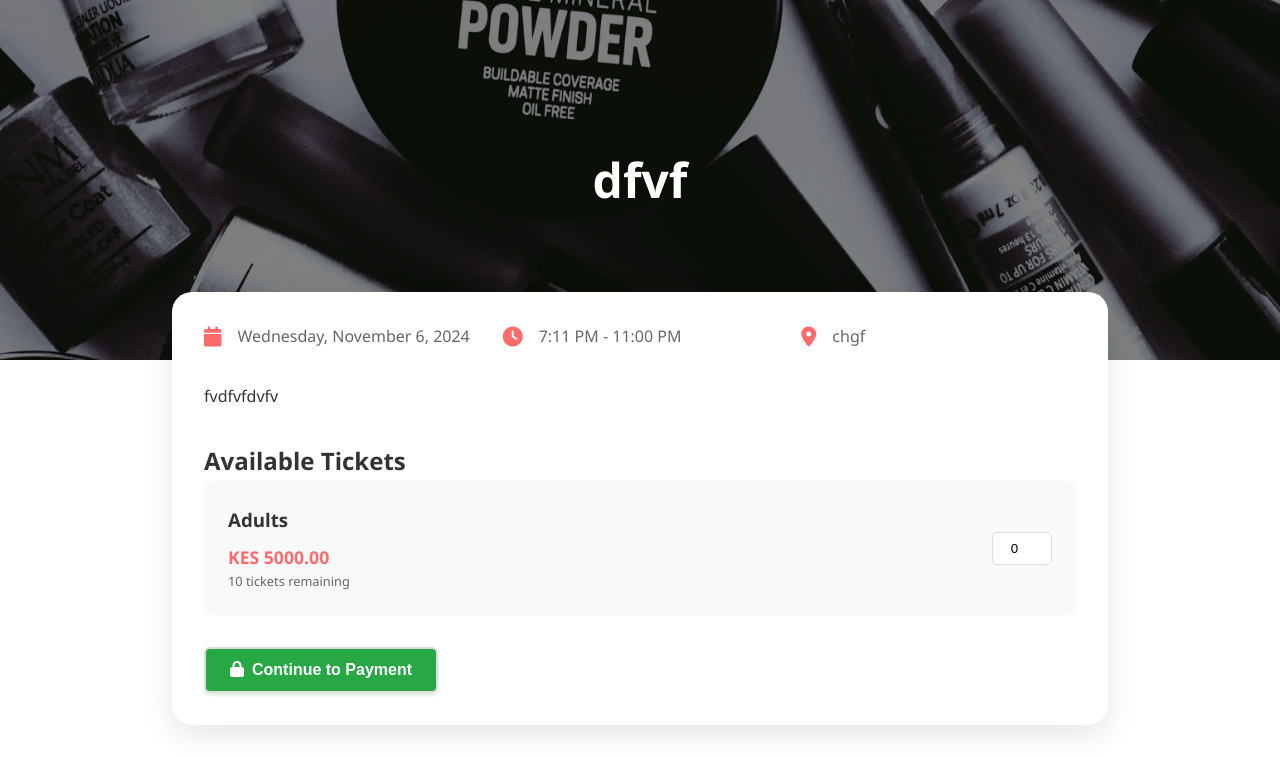
Repository: mrPractise/Susan-Portfolio
Page: http://localhost/events/dfvf/
The author's editor kept a copy of each file at every save. The page is drawn from the files as they stood at one save, then again after the next save.
The browser window is 1280 px wide. The pictures show the whole page.
The page is served by the project's application, run on Django 5.2 (manage.py). Other server files are loaded and not shown. The page reads the database file committed with the project.

Above is the page before, as saved 2024-10-31 15:41:53.

### Portfolio/templatetags/project_tags.py
from django import template
from django.utils.safestring import mark_safe

register = template.Library()  # This line is crucial

@register.simple_tag
def video_player(project, autoplay=False):
    """Render video player with proper attributes"""
    if not project.video:
        return ''

    video_attrs = {
        'preload': 'metadata',
        'playsinline': '',
        'id': f'video-{project.id}',
        'data-video-id': project.id,
    }

    if project.video_thumbnail:
        video_attrs['poster'] = project.video_thumbnail.url

    if autoplay:
        video_attrs['autoplay'] = ''
        video_attrs['muted'] = ''

    attrs_str = ' '.join([f'{k}="{v}"' for k, v in video_attrs.items() if v])

    html = f'''
    <div class="custom-video-player" data-video-id="{project.id}">
        <div class="video-container">
            <video {attrs_str}>
                <source src="{project.video.url}" type="video/mp4">
                <source src="{project.video.url[:-4]}.webm" type="video/webm">
                Your browser doesn't support video playback.
            </video>
            <div class="video-controls">
                <button class="play-pause" aria-label="Play/Pause">
                    <i class="fas fa-play"></i>
                </button>
                <div class="progress-bar">
                    <div class="progress-bar-filled"></div>
                </div>
                <div class="time">
                    <span class="current-time">0:00</span>
                    <span>/</span>
                    <span class="duration">0:00</span>
                </div>
                <div class="volume-control">
                    <button class="mute-unmute" aria-label="Mute/Unmute">
                        <i class="fas fa-volume-up"></i>
                    </button>
                    <input type="range" class="volume-slider" min="0" max="1" step="0.1" value="1">
                </div>
                <button class="fullscreen" aria-label="Fullscreen">
                    <i class="fas fa-expand"></i>
                </button>
            </div>
        </div>
    </div>
    '''
    return mark_safe(html)

### templates/event-detail.html
{% load static %}

<!DOCTYPE html>
<html lang="en">
<head>
    <meta charset="UTF-8">
    <meta name="viewport" content="width=device-width, initial-scale=1.0">
    <title>{{ event.title }} - Susan Abong'o</title>
    <link href="https://cdnjs.cloudflare.com/ajax/libs/font-awesome/6.0.0/css/all.min.css" rel="stylesheet">
    <link rel="stylesheet" href="{% static 'css/global.css' %}">
    <link rel="stylesheet" href="{% static 'css/event-detail.css' %}">
</head>

<body>
<div class="event-detail-page">
    <div class="event-hero" style="background-image: url('{{ event.image.url }}')">
        <div class="overlay"></div>
        <div class="container">
            <h1>{{ event.title }}</h1>
        </div>
    </div>

    <div class="event-content">
        <div class="event-info">
            <div class="event-meta">
                <div class="meta-item">
                    <i class="fas fa-calendar"></i>
                    <span>{{ event.date|date:"l, F j, Y" }}</span>
                </div>
                <div class="meta-item">
                    <i class="fas fa-clock"></i>
                    <span>{{ event.start_time|time:"g:i A" }} - {{ event.end_time|time:"g:i A" }}</span>
                </div>
                <div class="meta-item">
                    <i class="fas fa-map-marker-alt"></i>
                    <span>{{ event.venue }}</span>
                </div>
            </div>

            <div class="event-description">
                {{ event.description|linebreaks }}
            </div>

            {% if not event.is_sold_out and not is_past %}
            <div class="ticket-section">
                <h2>Available Tickets</h2>

                <form method="post" action="{% url 'process_booking' event.slug %}">
                    {% csrf_token %}

                    {% if messages %}
                    <div class="messages">
                        {% for message in messages %}
                        <div class="alert {% if message.tags %}alert-{{ message.tags }}{% endif %}">
                            {{ message }}
                        </div>
                        {% endfor %}
                    </div>
                    {% endif %}

                    <div class="ticket-types">
                        {% for ticket_type in ticket_types %}
                        <div class="ticket-type-card {% if ticket_type.is_sold_out %}sold-out{% endif %}">
                            <div class="ticket-info">
                                <h3>{{ ticket_type.name }}</h3>
                                <p class="ticket-description">{{ ticket_type.description }}</p>
                                <p class="ticket-price">KES {{ ticket_type.price|floatformat:2 }}</p>
                                <p class="tickets-left">{{ ticket_type.available_tickets }} tickets remaining</p>
                            </div>
                            {% if not ticket_type.is_sold_out %}
                            <div class="ticket-counter">
                                <input type="number"
                                       name="ticket_{{ ticket_type.id }}"
                                       value="0"
                                       min="0"
                                       max="{{ ticket_type.available_tickets }}"
                                       class="ticket-quantity">
                            </div>
                            {% endif %}
                        </div>
                        {% endfor %}
                    </div>

                    <button type="submit" class="btn btn-primary">
    <i class="fas fa-lock"></i>Continue to Payment
</button>

                </form>
            </div>
            {% elif is_past %}
            <div class="event-message">
                <i class="fas fa-calendar-times"></i>
                <h2>Event Has Passed</h2>
                <p>This event has already taken place.</p>
            </div>
            {% else %}
            <div class="event-message">
                <i class="fas fa-exclamation-circle"></i>
                <h2>Sold Out</h2>
                <p>Sorry, this event is sold out.</p>
            </div>
            {% endif %}
        </div>
    </div>
</div>
</body>
</html>

### Abongo/urls.py
"""
URL configuration for Abongo project.

The `urlpatterns` list routes URLs to views. For more information please see:
    https://docs.djangoproject.com/en/5.1/topics/http/urls/
Examples:
Function views
    1. Add an import:  from my_app import views
    2. Add a URL to urlpatterns:  path('', views.home, name='home')
Class-based views
    1. Add an import:  from other_app.views import Home
    2. Add a URL to urlpatterns:  path('', Home.as_view(), name='home')
Including another URLconf
    1. Import the include() function: from django.urls import include, path
    2. Add a URL to urlpatterns:  path('blog/', include('blog.urls'))
"""
from django.contrib import admin
from django.urls import path, include
from django.conf.urls.static import static
from django.conf import settings

urlpatterns = [
    path('admin/', admin.site.urls),
    path('', include('Portfolio.urls')),
]
urlpatterns += static(settings.MEDIA_URL, document_root=settings.MEDIA_ROOT)

### Portfolio/urls.py

from django.urls import path
from . import views

urlpatterns = [
    path('', views.home, name='home'),
    path('events', views.events, name='events'),
    path('portfolio', views.portfolio, name='portfolio'),
    path('projects/', views.project_list, name='projects'),
    path('projects/<slug:slug>/', views.project_detail, name='project_detail'),
    path('events/<slug:slug>/', views.event_detail, name='event-detail'),
    path('events/<slug:slug>/book/', views.process_booking, name='process_booking'),
    path('events/<slug:slug>/payment/', views.payment_page, name='payment'),
    path('events/<slug:slug>/process-payment/', views.process_payment, name='process_payment'),
    path('send-contact-email/', views.send_contact_email, name='send_contact_email'),
]

### static/css/global.css

:root {
    --primary: #2a2a2a;
    --accent: #ff6b6b;
    --secondary: #4f46e5;
    --text: #333;
    --light: #f5f5f5;
    --gradient: linear-gradient(135deg, #B48EAD, #483D8B);
}

* {
    margin: 0;
    padding: 0;
    box-sizing: border-box;
}

body {
    font-family: 'Segoe UI', Tahoma, Geneva, Verdana, sans-serif;
    line-height: 1.6;
    color: var(--text);
    overflow-x: hidden;
    width: 100%;
}

### static/css/event-detail.css
.event-detail-page {
    min-height: 100vh;
}

.event-hero {
    height: 50vh;
    position: relative;
    background-size: cover;
    background-position: center;
    color: white;
    display: flex;
    align-items: center;
}

.event-hero .overlay {
    position: absolute;
    inset: 0;
    background: rgba(0,0,0,0.5);
}

.event-hero .container {
    position: relative;
    z-index: 1;
    max-width: 1200px;
    margin: 0 auto;
    padding: 2rem;
}

.event-hero h1 {
    font-size: 3rem;
    margin: 0;
}

.event-content {
    max-width: 1000px;
    margin: -100px auto 0;
    padding: 2rem;
    position: relative;
}

.event-info {
    background: white;
    border-radius: 20px;
    padding: 2rem;
    box-shadow: 0 10px 30px rgba(0,0,0,0.1);
}

.event-meta {
    display: grid;
    grid-template-columns: repeat(auto-fit, minmax(200px, 1fr));
    gap: 1.5rem;
    margin-bottom: 2rem;
}

.meta-item {
    display: flex;
    align-items: center;
    gap: 1rem;
    color: #666;
}

.meta-item i {
    color: var(--accent);
    font-size: 1.25rem;
}

.event-description {
    margin: 2rem 0;
    line-height: 1.8;
}



/* New Ticket Type Styles */
.ticket-types {
    margin-bottom: 2rem;
}

.ticket-type-card {
    background: #f8f9fa;
    border-radius: 10px;
    padding: 1.5rem;
    margin-bottom: 1rem;
    display: flex;
    justify-content: space-between;
    align-items: center;
}

.ticket-info {
    flex: 1;
}

.ticket-info h3 {
    margin: 0 0 0.5rem 0;
    color: var(--text);
}

.ticket-description {
    color: #666;
    font-size: 0.9rem;
    margin-bottom: 0.5rem;
}

.ticket-price {
    color: var(--accent);
    font-weight: bold;
    font-size: 1.1rem;
}

.tickets-left {
    font-size: 0.8rem;
    color: #666;
}

.ticket-counter {
    display: flex;
    align-items: center;
    gap: 1rem;
    max-width: 200px;
}

.ticket-counter button {
    width: 40px;
    height: 40px;
    border: none;
    background: var(--accent);
    color: white;
    border-radius: 50%;
    cursor: pointer;
    font-size: 1.2rem;
    display: flex;
    align-items: center;
    justify-content: center;
}

.ticket-counter input {
    width: 60px;
    text-align: center;
    border: 1px solid #ddd;
    padding: 0.5rem;
    border-radius: 5px;
}









/* Button Base Styles */
.btn {
    display: inline-block;
    padding: 12px 24px;
    border: none;
    border-radius: 6px;
    font-size: 1rem;
    font-weight: 600;
    text-align: center;
    text-decoration: none;
    cursor: pointer;
    transition: all 0.3s ease;
    border: 2px solid #ddd;
}

/* Primary Button */
.btn-primary {
    background-color: #28a745;
    color: white;
    box-shadow: 0 2px 4px rgba(40, 167, 69, 0.2);
}

.btn-primary:hover {
    background-color: #218838;
    transform: translateY(-1px);
    box-shadow: 0 4px 6px rgba(40, 167, 69, 0.3);
}

.btn-primary:active {
    transform: translateY(1px);
    box-shadow: 0 1px 2px rgba(40, 167, 69, 0.2);
}

/* Disabled State */
.btn:disabled,
.btn.disabled {
    background-color: #6c757d;
    cursor: not-allowed;
    opacity: 0.65;
    transform: none;
    box-shadow: none;
}

/* Button Sizes */
.btn-large {
    padding: 14px 28px;
    font-size: 1.1rem;
}

.btn-small {
    padding: 8px 16px;
    font-size: 0.9rem;
}

/* Full Width Button */
.btn-block {
    display: block;
    width: 100%;
}

/* Responsive Adjustments */
@media (max-width: 768px) {
    .btn {
        padding: 10px 20px;
    }

    .btn-large {
        padding: 12px 24px;
    }

    .btn-small {
        padding: 6px 12px;
    }
}

/* Optional: Button with Icon */
.btn i {
    margin-right: 8px;
}

/* Optional: Loading State */
.btn.loading {
    position: relative;
    color: transparent !important;
    pointer-events: none;
}

.btn.loading::after {
    content: '';
    position: absolute;
    width: 16px;
    height: 16px;
    top: 50%;
    left: 50%;
    margin: -8px 0 0 -8px;
    border: 2px solid rgba(255,255,255,0.3);
    border-radius: 50%;
    border-top-color: white;
    animation: spin 0.8s linear infinite;
}

@keyframes spin {
    to { transform: rotate(360deg); }
}

@media (max-width: 768px) {
    .event-hero h1 {
        font-size: 2rem;
    }

    .event-content {
        margin-top: -50px;
        padding: 1rem;
    }

    .event-info {
        padding: 1.5rem;
    }

    .event-meta {
        grid-template-columns: 1fr;
        gap: 1rem;
    }

    .ticket-type-card {
        flex-direction: column;
        text-align: center;
    }

    .ticket-counter {
        margin: 1rem auto 0;
    }
}

### db.sqlite3 (the tables this page reads, as SQL)
CREATE TABLE "Portfolio_event" ("id" integer NOT NULL PRIMARY KEY AUTOINCREMENT, "title" varchar(200) NOT NULL, "slug" varchar(50) NOT NULL UNIQUE, "description" text NOT NULL, "date" date NOT NULL, "start_time" time NOT NULL, "end_time" time NOT NULL, "venue" varchar(200) NOT NULL, "venue_address" text NOT NULL, "image" varchar(100) NOT NULL, "created_at" datetime NOT NULL, "updated_at" datetime NOT NULL, "is_active" bool NOT NULL, "max_capacity" integer unsigned NOT NULL CHECK ("max_capacity" >= 0));
INSERT INTO "Portfolio_event" VALUES
(1, 'Modelling', 'modelling', 'Upcoming modeling events promise to showcase incredible talent and innovation in the fashion industry. From high-profile runway shows featuring emerging designers to exclusive casting calls and fashion weeks in iconic cities like New York, Paris, and Milan, these events offer models a platform to shine. Attendees can expect to see diverse collections that reflect current trends, as well as opportunities for networking with industry professionals. Additionally, workshops and panels led by top models and designers will provide invaluable insights into the evolving landscape of modeling and fashion, making these events must-attend occasions for aspiring and established models alike.

Upcoming modeling events promise to showcase incredible talent and innovation in the fashion industry. From high-profile runway shows featuring emerging designers to exclusive casting calls and fashion weeks in iconic cities like New York, Paris, and Milan, these events offer models a platform to shine. Attendees can expect to see diverse collections that reflect current trends, as well as opportunities for networking with industry professionals. Additionally, workshops and panels led by top models and designers will provide invaluable insights into the evolving landscape of modeling and fashion, making these events must-attend occasions for aspiring and established models alike.', '2024-11-04', '11:37:59', '18:00:00', 'Syokimau', 'Next to syokimau road', 'events/dress_3.webp', '2024-10-31 11:40:46.633162', '2024-11-04 15:33:02.673277', 1, 200),
(3, 'dfvf', 'dfvf', 'fvdfvfdvfv', '2024-11-06', '19:11:06', '23:00:00', 'chgf', 'fgbbfbfdf', 'events/b-product_7.webp', '2024-11-04 16:11:43.843052', '2024-11-04 16:11:43.843052', 1, 10);

CREATE TABLE "Portfolio_tickettype" ("id" integer NOT NULL PRIMARY KEY AUTOINCREMENT, "name" varchar(100) NOT NULL, "description" text NOT NULL, "price" decimal NOT NULL, "capacity" integer unsigned NOT NULL CHECK ("capacity" >= 0), "available_tickets" integer unsigned NOT NULL CHECK ("available_tickets" >= 0), "minimum_purchase" integer unsigned NOT NULL CHECK ("minimum_purchase" >= 0), "maximum_purchase" integer unsigned NOT NULL CHECK ("maximum_purchase" >= 0), "display_order" integer NOT NULL, "event_id" bigint NOT NULL REFERENCES "Portfolio_event" ("id") DEFERRABLE INITIALLY DEFERRED);
INSERT INTO "Portfolio_tickettype" VALUES
(3, 'Adults', '', 700, 50, 50, 1, 10, 1, 1),
(4, 'Children', '', 400, 100, 100, 1, 10, 2, 1),
(5, 'Teens', '', 500, 50, 50, 1, 10, 3, 1),
(7, 'Adults', '', 5000, 10, 10, 1, 10, 0, 3);

Loaded but not shown: Portfolio/views.py (609 lines, source omitted); Portfolio/models.py (327 lines, source omitted)

After the next save:
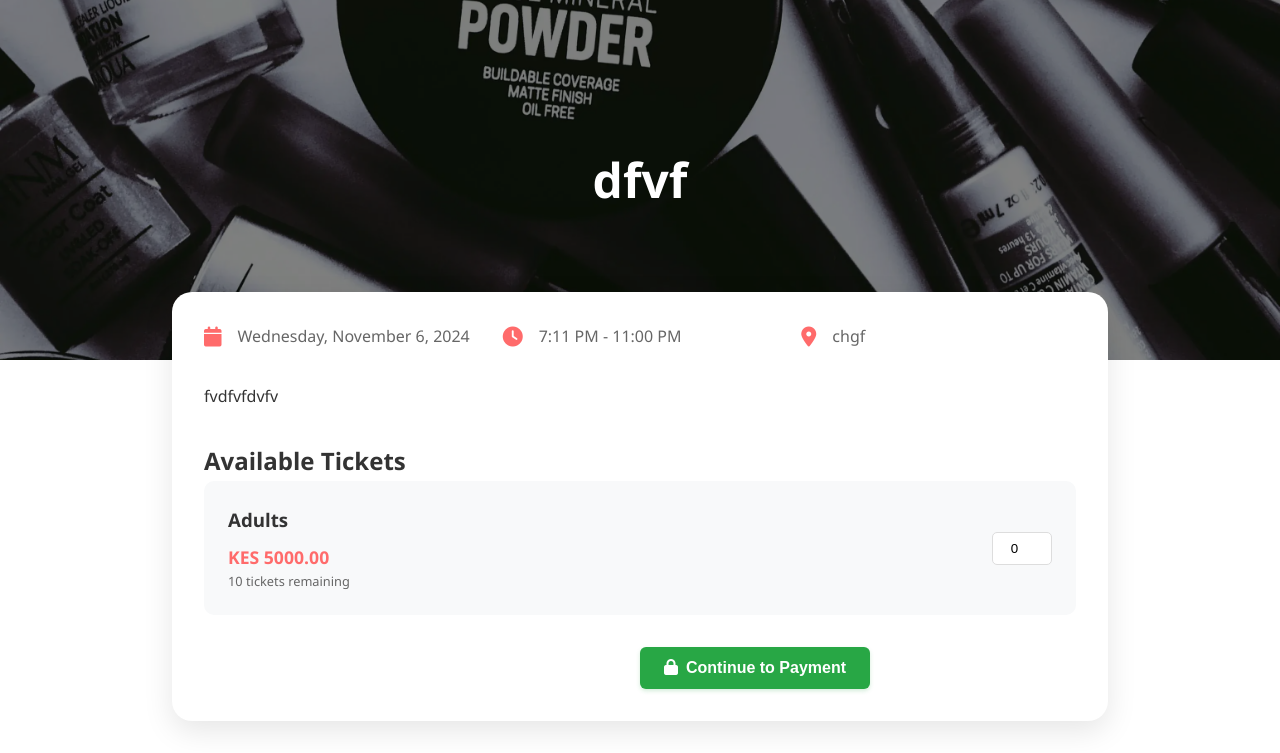
Saved 45 s later.
--- a/static/css/event-detail.css
+++ b/static/css/event-detail.css
@@ -161,7 +161,7 @@
     text-decoration: none;
     cursor: pointer;
     transition: all 0.3s ease;
-    border: 2px solid #ddd;
+margin-left: 50%;
 }
 
 /* Primary Button */
